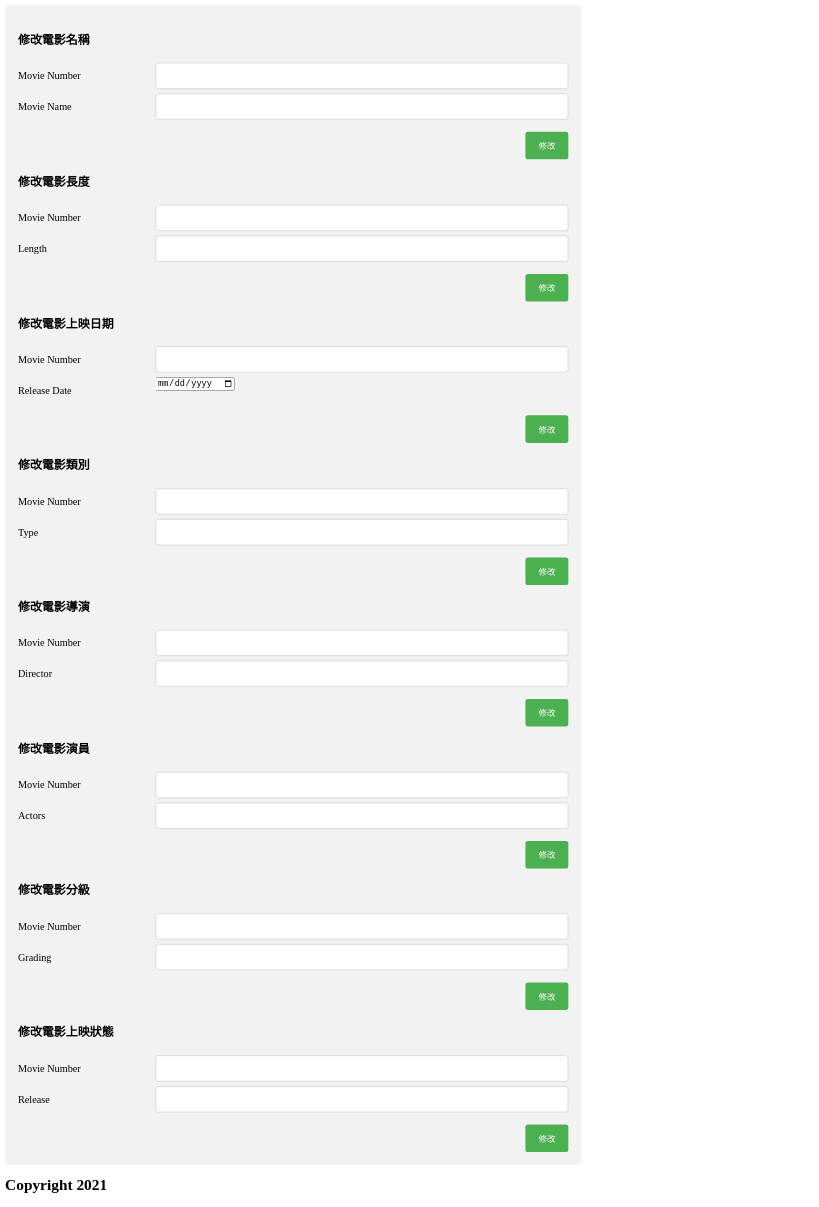
Repository: PEICHI26/Cinema
Page: http://localhost/Cinema/Update.jsp
The author's editor kept a copy of each file at every save. The page is drawn from the files as they stood at one save, then again after the next save.
The browser window is 1280 px wide. The pictures show the whole page, at 64% of full size.
The page is served by Tomcat 9. Nobody is signed in. The application's start-up code is not run. Other server files are loaded and not shown.

Above is the page before, as saved 2021-12-18 08:22:07.

### Cinema/src/main/webapp/Update.jsp
<%@ page language="java" contentType="text/html; charset=UTF-8"
	pageEncoding="UTF-8"%>
<!DOCTYPE html>
<html>
<head>
<meta charset="UTF-8">
<title>Update Movie</title>
<style>
* {
	box-sizing: border-box;
}

input[type=text], select, textarea {
	width: 100%;
	padding: 12px;
	border: 1px solid #ccc;
	border-radius: 4px;
	resize: vertical;
}

label {
	padding: 12px 12px 12px 0;
	display: inline-block;
}

input[type=submit] {
	background-color: #4CAF50;
	color: white;
	padding: 12px 20px;
	border: none;
	border-radius: 4px;
	cursor: pointer;
	float: right;
}

input[type=submit]:hover {
	background-color: #45a049;
}

.container {
	border-radius: 5px;
	background-color: #f2f2f2;
	padding: 20px;
	width: 900px;
}

.col-25 {
	float: left;
	width: 25%;
	margin-top: 6px;
}

.col-75 {
	float: left;
	width: 75%;
	margin-top: 6px;
}

/* Clear floats after the columns */
.row:after {
	content: "";
	display: table;
	clear: both;
}

/* Responsive layout - when the screen is less than 600px wide, make the two columns stack on top of each other instead of next to each other */
@media screen and (max-width: 600px) {
	.col-25, .col-75, input[type=submit] {
		width: 100%;
		margin-top: 0;
	}
}
</style>
</head>
<body>
	<div class="container">
		<h3>修改電影名稱</h3>
		<form action="MovieServlet" method="post">
			<div class="row">
				<div class="col-25">
					<label for="movieno">Movie Number</label>
				</div>
				<div class="col-75">
					<input type="text" id="movieno" name="movieno" placeholder="">
				</div>
			</div>
			<div class="row">
				<div class="col-25">
					<label for="moviename">Movie Name</label>
				</div>
				<div class="col-75">
					<input type="text" id="moviename" name="moviename" placeholder="">
				</div>
			</div>

			<br>
			<div class="row">
				<input type="submit" name="UPDATENAME" value="修改">
			</div>
		</form>

		<h3>修改電影長度</h3>
		<form action="MovieServlet" method="post">
			<div class="row">
				<div class="col-25">
					<label for="movieno">Movie Number</label>
				</div>
				<div class="col-75">
					<input type="text" id="movieno" name="movieno" placeholder="">
				</div>
			</div>
			<div class="row">
				<div class="col-25">
					<label for="movielength">Length</label>
				</div>
				<div class="col-75">
					<input type="text" id="movielength" name="movielength"
						placeholder="">
				</div>
			</div>

			<br>
			<div class="row">
				<input type="submit" name="UPDATELENGTH" value="修改">
			</div>
		</form>
		<h3>修改電影上映日期</h3>
		<form action="MovieServlet" method="post">
			<div class="row">
				<div class="col-25">
					<label for="movieno">Movie Number</label>
				</div>
				<div class="col-75">
					<input type="text" id="movieno" name="movieno" placeholder="">
				</div>
			</div>
			<div class="row">
				<div class="col-25">
					<label for="moviename">Release Date</label>
				</div>
				<div class="col-75">
					<input type="date" id="rdate" name="rdate">
				</div>
			</div>

			<br>
			<div class="row">
				<input type="submit" name="UPDATEDATE" value="修改">
			</div>
		</form>
		<h3>修改電影類別</h3>
		<form action="MovieServlet" method="post">
			<div class="row">
				<div class="col-25">
					<label for="movieno">Movie Number</label>
				</div>
				<div class="col-75">
					<input type="text" id="movieno" name="movieno" placeholder="">
				</div>
			</div>
			<div class="row">
				<div class="col-25">
					<label for="type">Type</label>
				</div>
				<div class="col-75">
					<input type="text" id="type" name="type" placeholder="">
				</div>
			</div>

			<br>
			<div class="row">
				<input type="submit" name="UPDATELENGTH" value="修改">
			</div>
		</form>
		<h3>修改電影導演</h3>
		<form action="MovieServlet" method="post">
			<div class="row">
				<div class="col-25">
					<label for="movieno">Movie Number</label>
				</div>
				<div class="col-75">
					<input type="text" id="movieno" name="movieno" placeholder="">
				</div>
			</div>
			<div class="row">
				<div class="col-25">
					<label for="director">Director</label>
				</div>
				<div class="col-75">
					<input type="text" id="director" name="director" placeholder="">
				</div>
			</div>
			<br>
			<div class="row">
				<input type="submit" name="UPDATELENGTH" value="修改">
			</div>
		</form>
		<h3>修改電影演員</h3>
		<form action="MovieServlet" method="post">
			<div class="row">
				<div class="col-25">
					<label for="movieno">Movie Number</label>
				</div>
				<div class="col-75">
					<input type="text" id="movieno" name="movieno" placeholder="">
				</div>
			</div>
			<div class="row">
				<div class="col-25">
					<label for="actors">Actors</label>
				</div>
				<div class="col-75">
					<input type="text" id="actors" name="actors" placeholder="">
				</div>
			</div>
			<br>
			<div class="row">
				<input type="submit" name="UPDATELENGTH" value="修改">
			</div>
		</form>
		<h3>修改電影分級</h3>
		<form action="MovieServlet" method="post">
			<div class="row">
				<div class="col-25">
					<label for="movieno">Movie Number</label>
				</div>
				<div class="col-75">
					<input type="text" id="movieno" name="movieno" placeholder="">
				</div>
			</div>
			<div class="row">
				<div class="col-25">
					<label for="grading">Grading</label>
				</div>
				<div class="col-75">
					<input type="text" id="grading" name="grading" placeholder="">
				</div>
			</div>
			<br>
			<div class="row">
				<input type="submit" name="UPDATELENGTH" value="修改">
			</div>
		</form>
		<h3>修改電影上映狀態</h3>
		<form action="MovieServlet" method="post">
			<div class="row">
				<div class="col-25">
					<label for="movieno">Movie Number</label>
				</div>
				<div class="col-75">
					<input type="text" id="movieno" name="movieno" placeholder="">
				</div>
			</div>
			<div class="row">
				<div class="col-25">
					<label for="release">Release</label>
				</div>
				<div class="col-75">
					<input type="text" id="release" name="release" placeholder="">
				</div>
			</div>
			<br>
			<div class="row">
				<input type="submit" name="UPDATELENGTH" value="修改">
			</div>
		</form>
	</div>
	<%@ include file="copyright.jspf"%>
</body>
</html>

### Cinema/src/main/webapp/copyright.jspf
<h2> Copyright   2021 </h2>

After the next save:
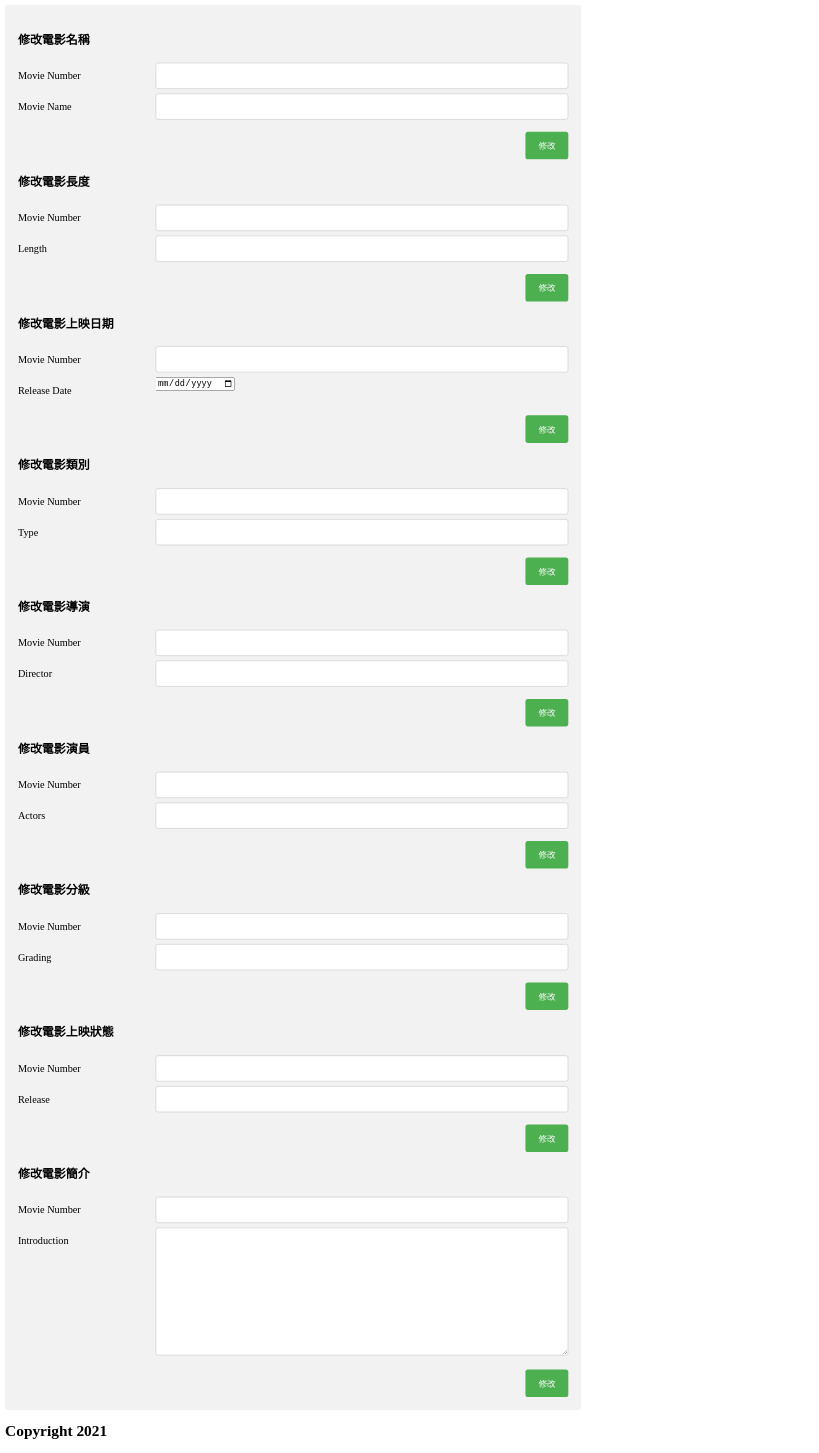
Saved 3 min 7 s later.
--- a/Cinema/src/main/webapp/Update.jsp
+++ b/Cinema/src/main/webapp/Update.jsp
@@ -169,7 +169,7 @@ input[type=submit]:hover {
 
 			<br>
 			<div class="row">
-				<input type="submit" name="UPDATELENGTH" value="修改">
+				<input type="submit" name="UPDATETYPE" value="修改">
 			</div>
 		</form>
 		<h3>修改電影導演</h3>
@@ -192,7 +192,7 @@ input[type=submit]:hover {
 			</div>
 			<br>
 			<div class="row">
-				<input type="submit" name="UPDATELENGTH" value="修改">
+				<input type="submit" name="UPDATEDIRECTOR" value="修改">
 			</div>
 		</form>
 		<h3>修改電影演員</h3>
@@ -215,7 +215,7 @@ input[type=submit]:hover {
 			</div>
 			<br>
 			<div class="row">
-				<input type="submit" name="UPDATELENGTH" value="修改">
+				<input type="submit" name="UPDATEACTOR" value="修改">
 			</div>
 		</form>
 		<h3>修改電影分級</h3>
@@ -238,7 +238,7 @@ input[type=submit]:hover {
 			</div>
 			<br>
 			<div class="row">
-				<input type="submit" name="UPDATELENGTH" value="修改">
+				<input type="submit" name="UPDATEGRADING" value="修改">
 			</div>
 		</form>
 		<h3>修改電影上映狀態</h3>
@@ -261,7 +261,31 @@ input[type=submit]:hover {
 			</div>
 			<br>
 			<div class="row">
-				<input type="submit" name="UPDATELENGTH" value="修改">
+				<input type="submit" name="UPDATERELEASE" value="修改">
+			</div>
+		</form>
+		<h3>修改電影簡介</h3>
+		<form action="MovieServlet" method="post">
+			<div class="row">
+				<div class="col-25">
+					<label for="movieno">Movie Number</label>
+				</div>
+				<div class="col-75">
+					<input type="text" id="movieno" name="movieno" placeholder="">
+				</div>
+			</div>
+			<div class="row">
+				<div class="col-25">
+					<label for="intro">Introduction</label>
+				</div>
+				<div class="col-75">
+					<textarea id="intro" name="intro" placeholder=""
+						style="height: 200px"></textarea>
+				</div>
+			</div>
+			<br>
+			<div class="row">
+				<input type="submit" name="UPDATEINTRO" value="修改">
 			</div>
 		</form>
 	</div>
